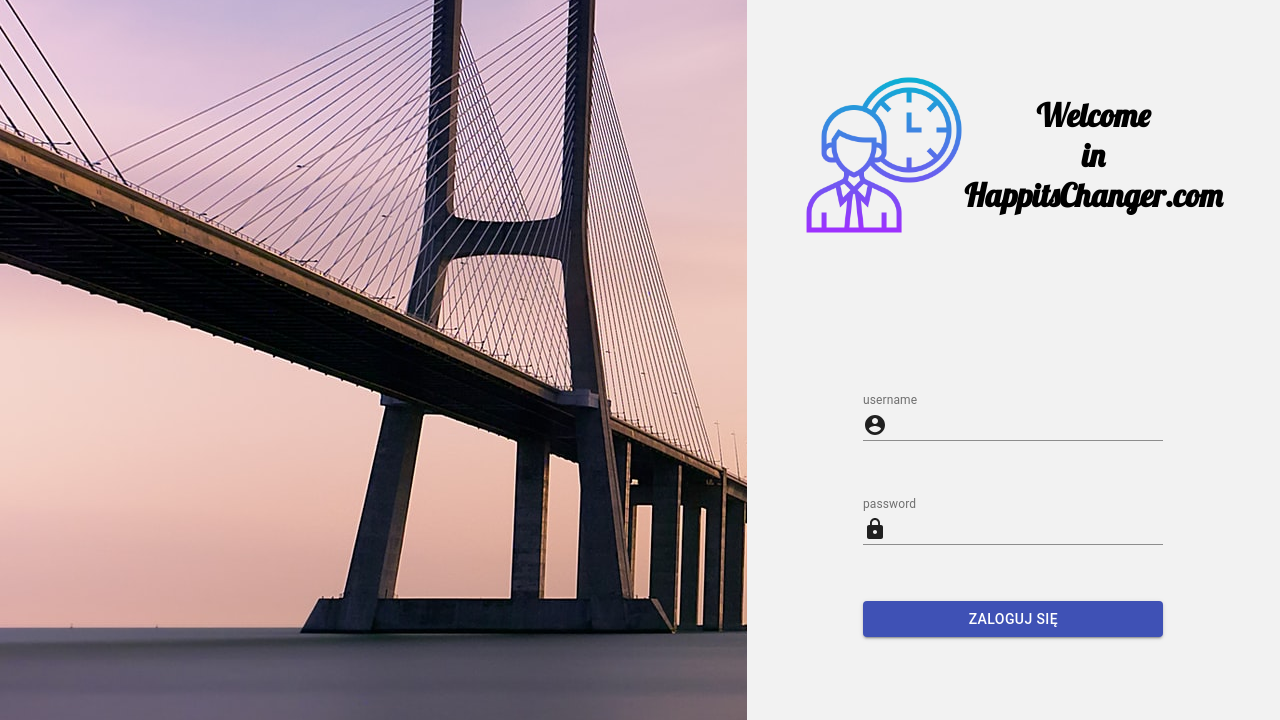
Repository: pgruca96/HappitsChanger
Page: /
The author's editor kept a copy of each file at every save. The page is drawn from the files as they stood at one save, then again after the next save.
The browser window is 1280 px wide. The pictures show the whole page.
The project was rebuilt for these pictures with package versions that can differ from the ones it lists, and the page was loaded fresh each time. Also part of the build but not shown: src/containers/mainPage/index.js.

Above is the page before, as saved 2020-11-01 21:49:57.

### public/index.html
<!DOCTYPE html>
<html lang="en">

<head>
  <meta charset="utf-8" />
  <link rel="icon" href="%PUBLIC_URL%/favicon.ico" />
  <meta name="viewport" content="width=device-width, initial-scale=1" />
  <meta name="theme-color" content="#000000" />
  <meta name="description" content="Web site created using create-react-app" />
  <link href="https://fonts.googleapis.com/css?family=Lobster" rel="stylesheet" type="text/css">
  <link rel="apple-touch-icon" href="%PUBLIC_URL%/logo192.png" />
  <!--
      manifest.json provides metadata used when your web app is installed on a
      user's mobile device or desktop. See https://developers.google.com/web/fundamentals/web-app-manifest/
    -->
  <link rel="manifest" href="%PUBLIC_URL%/manifest.json" />
  <!--
      Notice the use of %PUBLIC_URL% in the tags above.
      It will be replaced with the URL of the `public` folder during the build.
      Only files inside the `public` folder can be referenced from the HTML.

      Unlike "/favicon.ico" or "favicon.ico", "%PUBLIC_URL%/favicon.ico" will
      work correctly both with client-side routing and a non-root public URL.
      Learn how to configure a non-root public URL by running `npm run build`.
    -->
  <title>React App</title>
</head>

<body>
  <noscript>You need to enable JavaScript to run this app.</noscript>
  <div id="root"></div>
  <!--
      This HTML file is a template.
      If you open it directly in the browser, you will see an empty page.

      You can add webfonts, meta tags, or analytics to this file.
      The build step will place the bundled scripts into the <body> tag.

      To begin the development, run `npm start` or `yarn start`.
      To create a production bundle, use `npm run build` or `yarn build`.
    -->
</body>

</html>

### src/App.js
import "./App.css";
import { BrowserRouter as Router, Route } from "react-router-dom";
import LoginPage from "./containers/loginPage";
import MainPage from "./containers/mainPage";

const App = () => {
  return (
    <div className="app">
      <Router>
        <Route path="/" exact component={LoginPage} />
        <Route path="/main" exact component={MainPage} />
      </Router>
    </div>
  );
};

export default App;

### src/App.css
*,
*::before,
*::after {
  margin: 0;
  padding: 0;
  box-sizing: border-box;
}

.app {
  min-width: 100vw;
  min-height: 100vh;
}

### src/containers/loginPage/index.js
import React from "react";
import { LoginPageContainer } from "../../styles/LoginPage";
import LoginForm from "../../components/form/index";
import { loginTheme } from "../../styles/colors";
import { Grid, Box } from "@material-ui/core";
import { LogoContainer } from "./logoContainer";
import { Header } from "../../styles/h2";
import Logo from "../../components/logo";
import srcLogo from "../../assets/punctuality2.png";

const LoginPage = () => {
  return (
    <LoginPageContainer>
      <Grid container justify="flex-end">
        <Grid container item md={5}>
          <Grid item xs={12}>
            <Box
              bgcolor={loginTheme}
              height={1}
              display="flex"
              flexDirection="column"
              justifyContent="space-around"
            >
              <LogoContainer>
                <Logo src={srcLogo} />
                <Header>
                  Welcome
                  <br /> in <br />
                  HappitsChanger.com
                </Header>
              </LogoContainer>
              <LoginForm />
            </Box>
          </Grid>
        </Grid>
      </Grid>
    </LoginPageContainer>
  );
};

export default LoginPage;

### src/styles/LoginPage.js
import styled from "styled-components";
import background from "../assets/login-background.jpg";

export const LoginPageContainer = styled.div`
  display: flex;
  justify-content: flex-end;
  background: url(${background}) left;
  width: 100vw;
  height: 100vh;
`;

### src/components/form/index.js
import React from "react";
import TextField from "@material-ui/core/TextField";
import InputAdornment from "@material-ui/core/InputAdornment";
import AccountCircle from "@material-ui/icons/AccountCircle";
import LockIcon from "@material-ui/icons/Lock";
import Button from "@material-ui/core/Button";
import { useStyles } from "../../styles/Form";

const LoginForm = () => {
  const { form } = useStyles();
  return (
    <form className={form}>
      <TextField
        id="username"
        label="username"
        placement="top"
        InputProps={{
          startAdornment: (
            <InputAdornment position="start">
              <AccountCircle />
            </InputAdornment>
          ),
        }}
      />
      <TextField
        id="password"
        label="password"
        InputProps={{
          startAdornment: (
            <InputAdornment position="start">
              <LockIcon />
            </InputAdornment>
          ),
        }}
      />
      <Button variant="contained" color="primary">
        Zaloguj się
      </Button>
    </form>
  );
};

export default LoginForm;

### src/styles/colors.js
export const loginTheme = "#f2f2f2";
export const primaryTheme = "##1a1a1a";
export const secondaryTheme = "";

### src/containers/loginPage/logoContainer.js
import styled from "styled-components";

export const LogoContainer = styled.div`
  display: flex;
  justify-content: center;
  align-items: center;
  min-height: 50px;
  height: 30%;
  max-height: 200px;
`;

### src/styles/h2.js
import styled from "styled-components";

export const Header = styled.h2`
  font-family: Lobster, open-sans;
  font-size: 2rem;
  text-align: center;
`;

### src/components/logo.js
import React from "react";

import styled from "styled-components";

const Logo = ({ src }) => {
  const Img = styled.img`
    height: 80%;
    color: white;
  `;
  return <Img src={src} alt="logo" />;
};

export default Logo;

### src/styles/Form.js
import { makeStyles } from "@material-ui/core/styles";

export const ColumnCenter = {
  display: "flex",
  flexDirection: "column",
  justifyContent: "center",
  alignItems: "center",
};

export const useStyles = makeStyles(() => ({
  form: {
    width: "40%",
    minWidth: "300px",
    // height: "60%",
    minHeight: "300px",
    maxHeight: "500px",
    display: "flex",
    flexDirection: "column",
    justifyContent: "space-around",
    alignItems: "stretch",
    marginLeft: "auto",
    marginRight: "auto",
  },
}));

Loaded but not shown: src/index.js (common file); src/index.css (common file); src/reportWebVitals.js (common file)

After the next save:
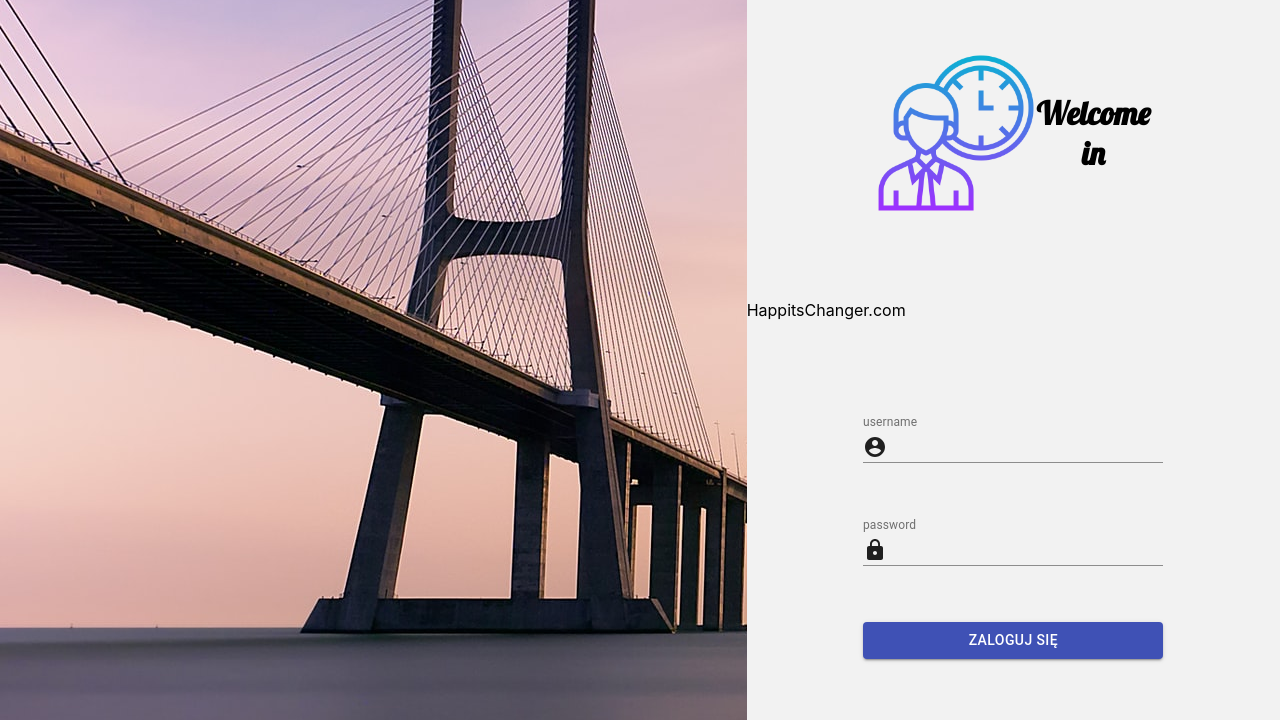
Saved 8 min 5 s later.
--- a/src/containers/loginPage/index.js
+++ b/src/containers/loginPage/index.js
@@ -26,9 +26,9 @@
                 <Header>
                   Welcome
                   <br /> in <br />
-                  HappitsChanger.com
                 </Header>
               </LogoContainer>
+              <header>HappitsChanger.com</header>
               <LoginForm />
             </Box>
           </Grid>
